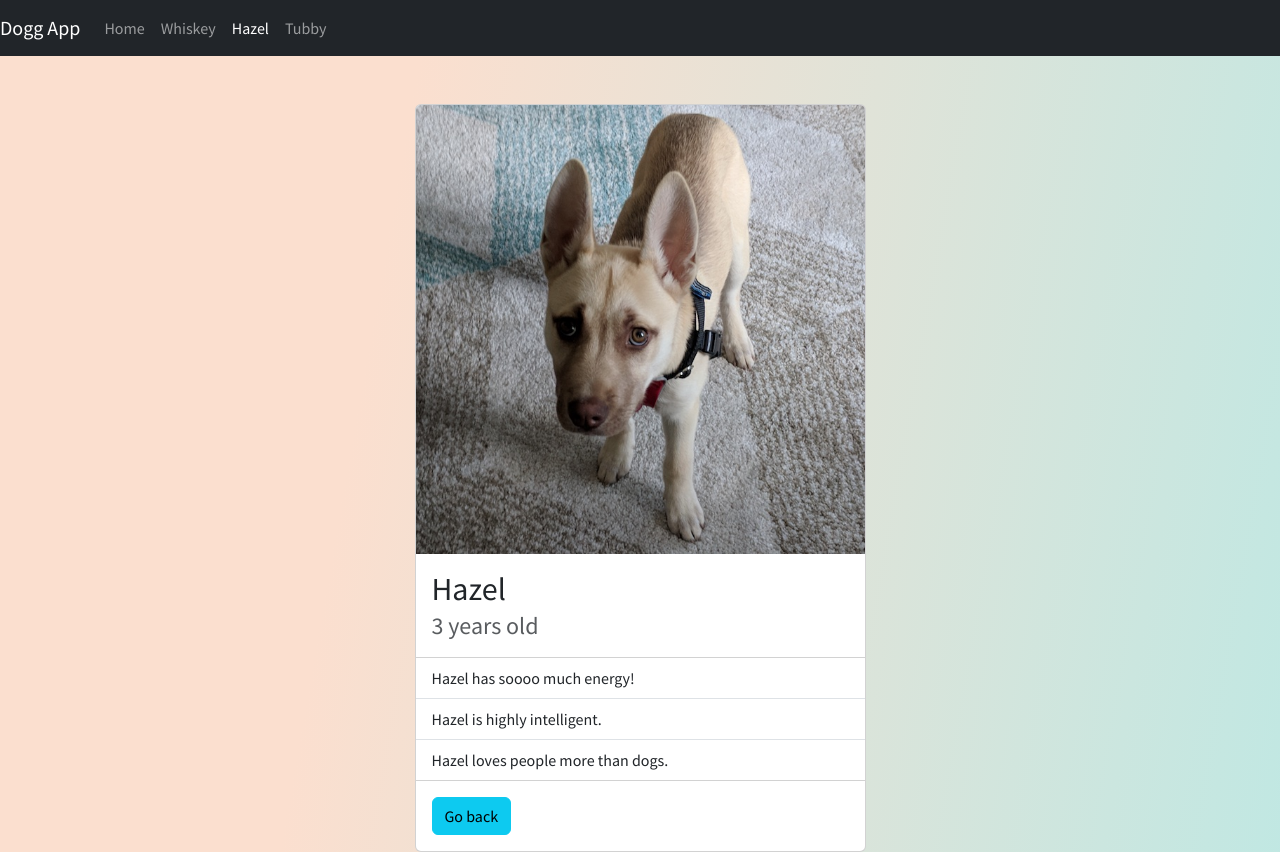
Repository: zhapar/dogs
Page: /dogs/Hazel
These files come from the project's save history. The page is drawn as it stood at one moment and after the next save; the edit follows.
The browser window is 1280 px wide. The pictures show the whole page.
The project was rebuilt for these pictures with package versions that can differ from the ones it lists, and the page was loaded fresh each time. A package was used in the major version that the imports need, not the one package.json lists. Also part of the build but not shown: src/DogList.css, src/DogList.js, src/App.css.

Above is the page before, as saved 2020-09-06 13:19:42.

After the next save:
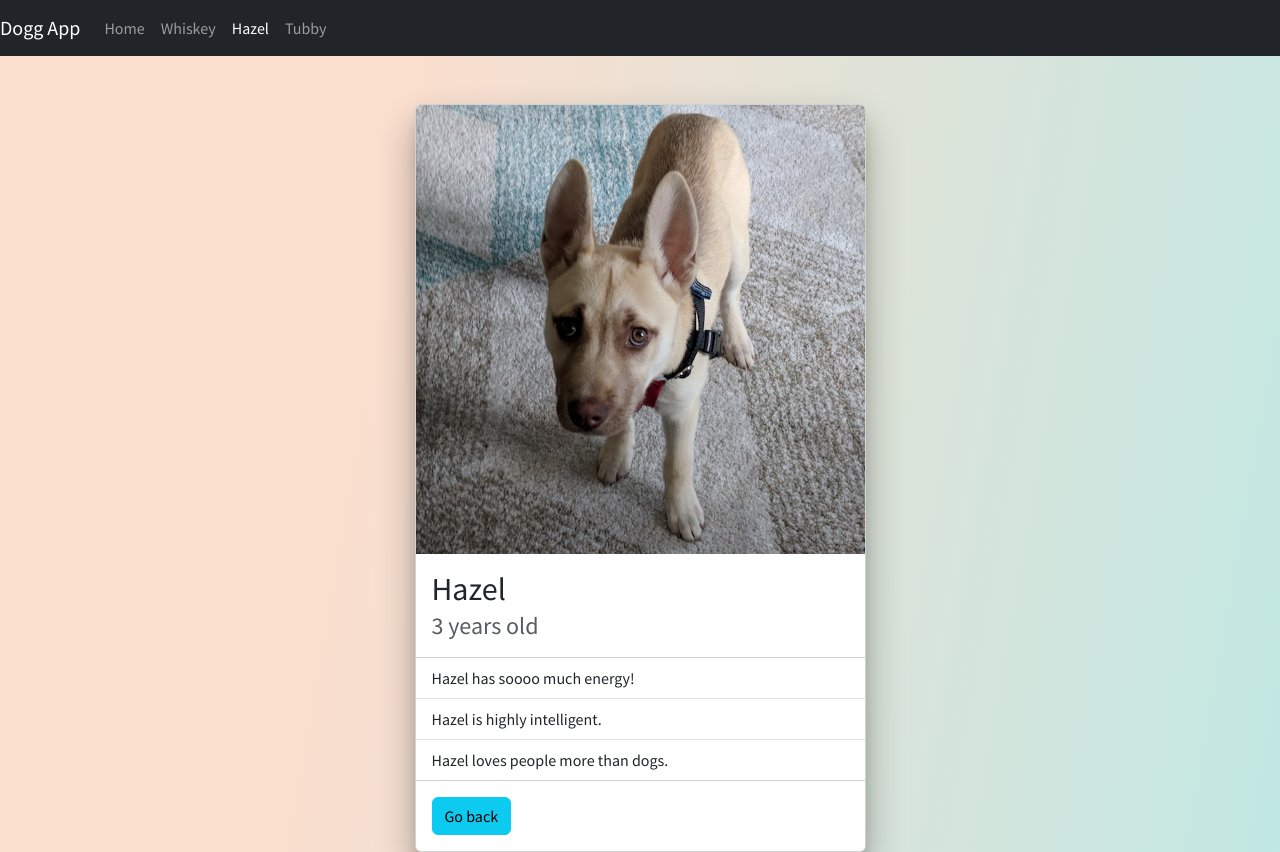
Saved 17 s later.
--- a/src/DogDetails.js
+++ b/src/DogDetails.js
@@ -1,5 +1,6 @@
 import React, { Component } from "react";
 import { Link } from "react-router-dom";
+import "./DogDetails.css";
 
 class DogDetails extends Component {
   render() {
